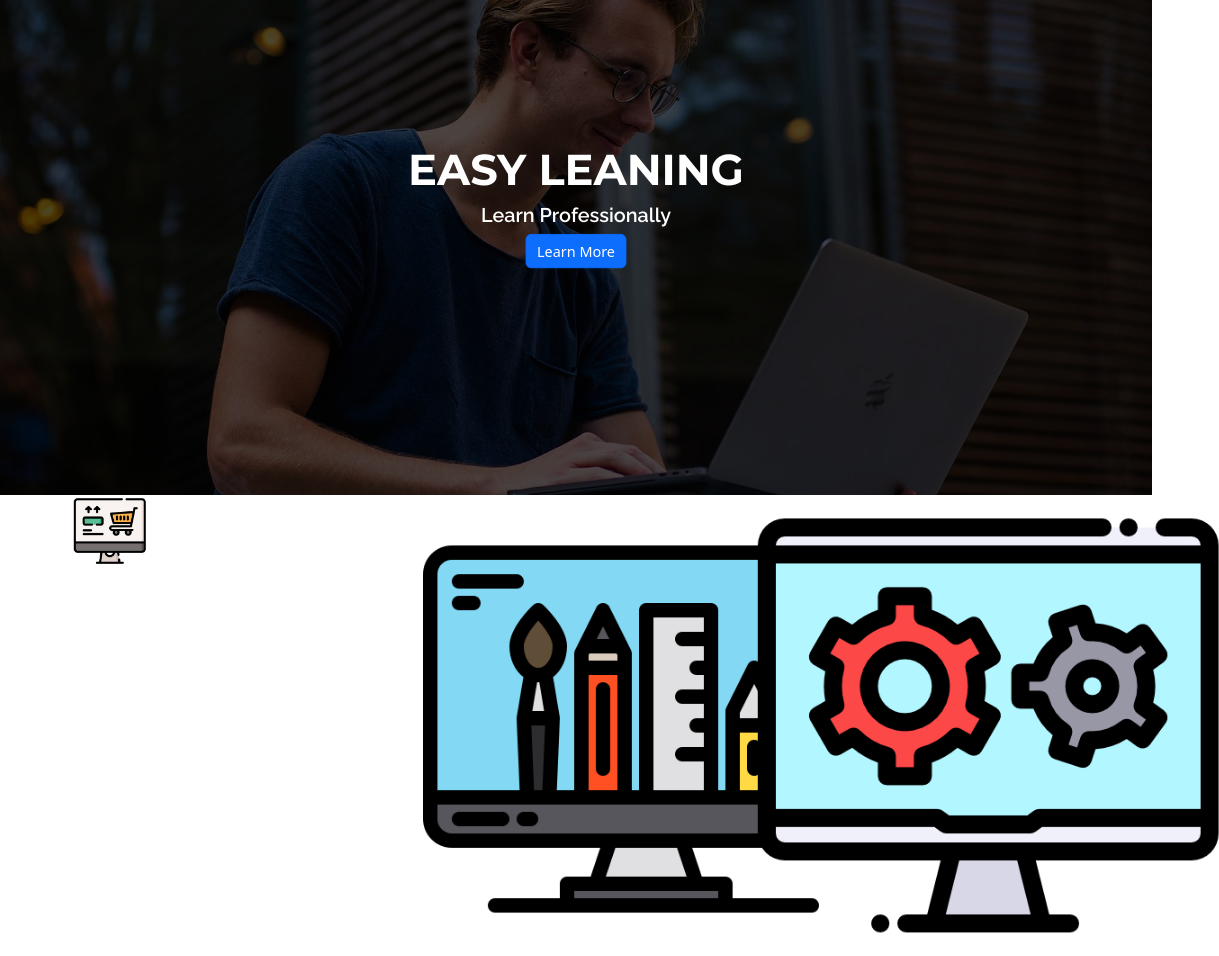
Repository: masamichan/free_video_app
Page: /
The author's editor kept a copy of each file at every save. The page is drawn from the files as they stood at one save, then again after the next save.
The browser window is 1280 px wide. The page is 1354 px wide, then 1280 px, so the pictures cover 1354 px, including what lies to the right of the window. The pictures show the whole page, at 90% of full size.
Backgrounds fixed to the window are drawn as part of the page. The project was rebuilt for these pictures with package versions that can differ from the ones it lists, and the page was loaded fresh each time.

Above is the page before, as saved 2023-01-22 11:36:49.

### public/index.html
<!DOCTYPE html>
<html lang="en">
  <head>
    <meta charset="utf-8" />
    <link rel="icon" href="%PUBLIC_URL%/icon.png" />
    <meta name="viewport" content="width=device-width, initial-scale=1" />
    <meta name="theme-color" content="#000000" />
    <meta
      name="description"
      content="Web site created using create-react-app"
    />

    <link rel="manifest" href="%PUBLIC_URL%/manifest.json" />

    <link rel="preconnect" href="https://fonts.googleapis.com">
    <link rel="preconnect" href="https://fonts.gstatic.com" crossorigin>
    <link
      href="https://fonts.googleapis.com/css2?family=Montserrat:wght@400;700;800&family=Raleway:wght@300;400;600;700&display=swap"
      rel="stylesheet">

    <title>Easy Leaning</title>
  </head>
  <body>
    <noscript>You need to enable JavaScript to run this app.</noscript>
    <div style="width: 100%;" id="root"></div>

  </body>
</html>

### src/App.js
import React from "react";
import Services from "./components/Services/Services";
import { TopBanner } from "./components/TopBanner/TopBanner";

function App() {
  return (
    <div>
      <TopBanner />
      <Services />
    </div>
  );
}

export default App;

### src/components/Services/Services.jsx
import React, { Component, Fragment } from "react";
import { Col, Container, Row } from "react-bootstrap";
import designIcon from "../../asset/image/design.png";
import ecommerceIcon from "../../asset/image/ecommerce.png";
import webIcon from "../../asset/image/web.png";

export class Services extends Component {
  render() {
    return (
      <Fragment>
        <Container>
          <Row>
            <Col lg={4} md={6} sm={12}>
              <div>
                <img className="ecommerceIcon" src={ecommerceIcon} />
              </div>
            </Col>
            <Col lg={4} md={6} sm={12}>
              <div>
                <img src={designIcon} />
              </div>
            </Col>
            <Col lg={4} md={6} sm={12}>
              <div>
                <img src={webIcon} />
              </div>
            </Col>
          </Row>
        </Container>
      </Fragment>
    );
  }
}

export default Services;

### src/components/TopBanner/TopBanner.jsx
import React, { Component, Fragment } from "react";
import { Button, Col, Container, Row } from "react-bootstrap";
import "../../asset/css/custom.css";
import "../../asset/css/bootstrap.css";

export class TopBanner extends Component {
  render() {
    return (
      <Fragment>
        <Container fluid={true} className="topFixedBanner p-0">
          <div className="topBannerOverlay">
            <Container className="topContent">
              <Row>
                <Col className="text-center">
                  <h1 className="topTitle">EASY LEANING</h1>
                  <h4 className="topSubTitle">Learn Professionally</h4>
                  <Button variant="primary">Learn More</Button>
                </Col>
              </Row>
            </Container>
          </div>
        </Container>
      </Fragment>
    );
  }
}

export default TopBanner;

### src/asset/css/custom.css
.topFixedBanner {
  background-image: url("../image/banner.jpg");
  min-height: 550px;
  background-attachment: fixed;
  background-position: center;
  background-repeat: no-repeat;
  background-size: cover;
}
.topBannerOverlay {
  position: absolute;
  min-height: 550px;
  width: 100%;
  background: rgb(0, 0, 0, 0.7);
}

.topContent {
  margin-top: 10em;
}

.topTitle {
  font-family: "Montserrat", sans-serif;
  font-weight: 700;
  color: #ffffff;
  font-size: 48px;
}

.topSubTitle {
  font-family: "Raleway", san-serif;
  font-weight: 600;
  color: #ffffff;
  font-size: 22px;
}

.ecommerceIcon {
  height: 80px;
  width: 80px;
}

.designIcon {
  height: 80px;
  width: 80px;
}

.webIcon {
  height: 80px;
  width: 80px;
}

Loaded but not shown: src/index.js (common file); src/asset/css/bootstrap.css (library)

After the next save:
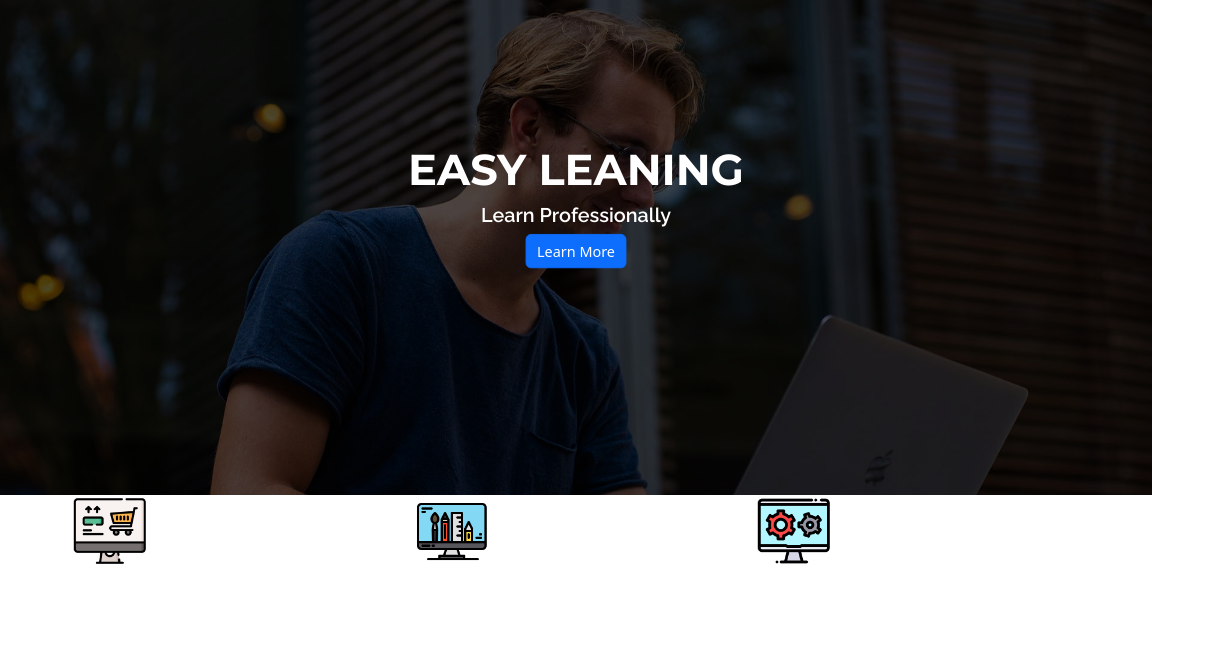
Saved 55 s later.
--- a/src/components/Services/Services.jsx
+++ b/src/components/Services/Services.jsx
@@ -17,12 +17,12 @@ export class Services extends Component {
             </Col>
             <Col lg={4} md={6} sm={12}>
               <div>
-                <img src={designIcon} />
+                <img className="designIcon" src={designIcon} />
               </div>
             </Col>
             <Col lg={4} md={6} sm={12}>
               <div>
-                <img src={webIcon} />
+                <img className="webIcon" src={webIcon} />
               </div>
             </Col>
           </Row>
